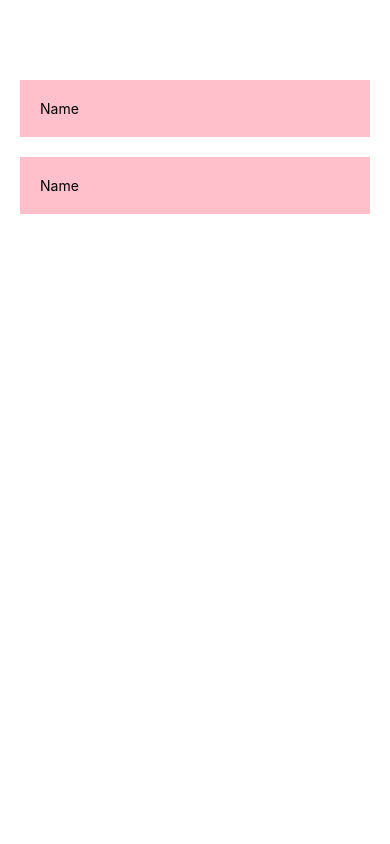
Repository: akinmiday/ReactNativeApp
Screen: /
The author's editor kept a copy of each file at every save. The screen is drawn from the files as they stood at one save, then again after the next save.
The app was drawn by React Native's web renderer in a window 390 px wide. The project was rebuilt for these pictures with package versions that can differ from the ones it lists, and the page was loaded fresh each time.

Above is the screen before, as saved 2023-08-05 04:55:19.

After the next save:
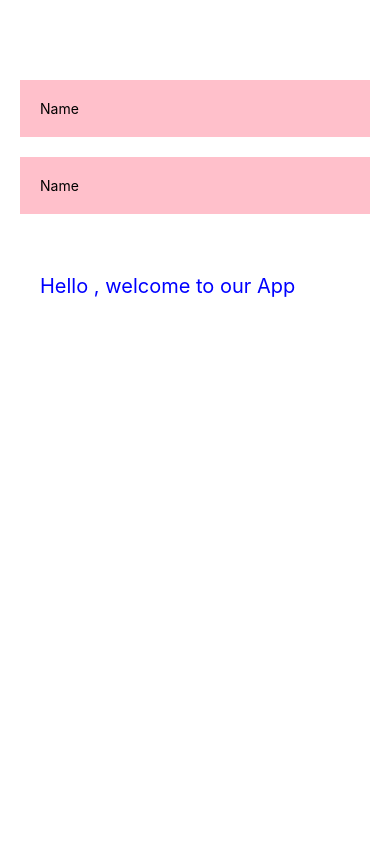
Saved 3 min 19 s later.
--- a/App.js
+++ b/App.js
@@ -1,6 +1,7 @@
 import { View, Text, Button, TextInput } from "react-native";
 import styles from "./styles";
 import { useState } from "react";
+import Display from "./Display";
 
 export default function App() {
   const { container, input } = styles;
@@ -19,6 +20,7 @@ export default function App() {
         placeholder="Name"
         onChangeText={(text) => setAge(text)}
       />
+      <Display name={name} age={age} />
     </View>
   );
 }
